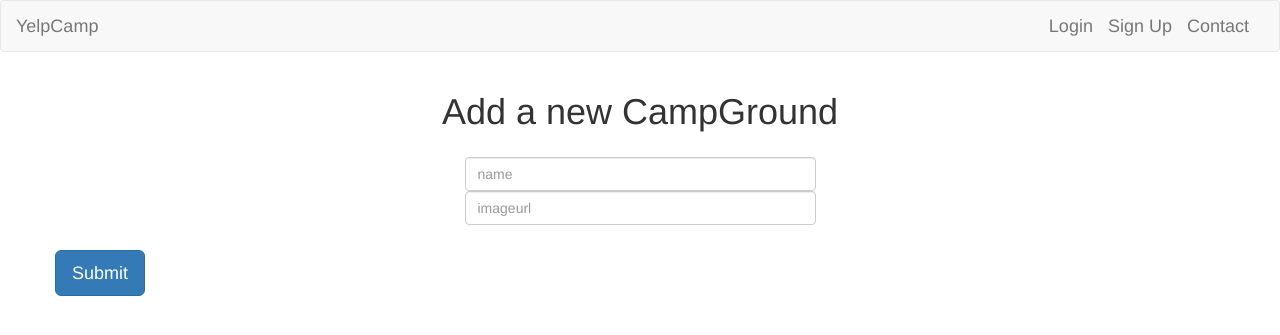
Repository: nittoorp/Web-Developement
Page: http://localhost/campground/new
The author's editor kept a record of every edit. The page is drawn from the files as they stood at one moment, then again after the next edit.
The browser window is 1280 px wide. The pictures show the whole page.
The page is served by the project's Node server (YelpCamp/v1/app.js).

Above is the page before.

### YelpCamp/v1/views/new.ejs
<%- include("partials/header") %>
<div class="container">
    <div class="row">
        <h1 style="text-align:center;"> Add a new CampGround</h1>
        <form action="/campground" method="post">
           <div style="width:30%; margin: 25px auto;">
                 <input class="form-control" type="text" name="name" placeholder="name"/>
                 <input class="form-control" type="text" name="url" placeholder="imageurl"/>
           </div>
                 <input class="btn btn-primary btn-lg" type="submit" value="Submit"/>
        </form>
    </div>
 </div>
 <%- include("partials/footer") %>

### YelpCamp/v1/views/partials/header.ejs
<!DOCTYPE html>
<html>
    <head>

    </head>
   <link rel="stylesheet" href="https://maxcdn.bootstrapcdn.com/bootstrap/3.3.7/css/bootstrap.min.css" integrity="sha384-BVYiiSIFeK1dGmJRAkycuHAHRg32OmUcww7on3RYdg4Va+PmSTsz/K68vbdEjh4u" crossorigin="anonymous">
    <body>
        <nav class="navbar navbar-default">
            <div class="container-fluid">
                <div class="navbar-header">
                    <a class="navbar-brand" href="/">YelpCamp</a>
                </div>
                <div class="collapse navbar-collapse">
                    <ul class="nav navbar-nav navbar-right">
                        <li><a class="navbar-brand" href="/">Login</a></li>
                        <li><a class="navbar-brand" href="/">Sign Up</a></li>
                        <li><a class="navbar-brand" href="/">Contact</a></li>
                   </ul>
                </div>
            </div>
        </nav>

### YelpCamp/v1/views/partials/footer.ejs


  </body>
</html>

### YelpCamp/v1/app.js
var express = require("express");
var app = express();
var bodyParser = require('body-parser');
app.use(bodyParser.urlencoded({extended:true}));


var campgrounds =[
                        {
                            'name' : 'Tosh Valley 1',
                            'image':'https://www.photosforclass.com/download/pixabay-4756774?webUrl=https%3A%2F%2Fpixabay.com%2Fget%2F52e7d0454d55a814f6da8c7dda793f7f1636dfe2564c704c7d2f78d3974bc35a_960.jpg&user=worldvashemudomu'

                        },
                        {
                            'name' : 'Tosh Valley 2',
                            'image':'https://www.photosforclass.com/download/pixabay-1851092?webUrl=https%3A%2F%2Fpixabay.com%2Fget%2F57e8d0424a5bae14f6da8c7dda793f7f1636dfe2564c704c7d2f78d3974bc35a_960.jpg&user=Pexels'
                        },
                        {
                            'name' : 'Tosh Valley 3',
                            'image':'https://www.photosforclass.com/download/pixabay-4522970?webUrl=https%3A%2F%2Fpixabay.com%2Fget%2F52e5d7414355ac14f6da8c7dda793f7f1636dfe2564c704c7d2f78d3974bc35a_960.jpg&user=Ben_Frieden'
                        },
                        {
                            'name' : 'Tosh Valley 1',
                            'image':'https://www.photosforclass.com/download/pixabay-4756774?webUrl=https%3A%2F%2Fpixabay.com%2Fget%2F52e7d0454d55a814f6da8c7dda793f7f1636dfe2564c704c7d2f78d3974bc35a_960.jpg&user=worldvashemudomu'

                        },
                        {
                            'name' : 'Tosh Valley 2',
                            'image':'https://www.photosforclass.com/download/pixabay-1851092?webUrl=https%3A%2F%2Fpixabay.com%2Fget%2F57e8d0424a5bae14f6da8c7dda793f7f1636dfe2564c704c7d2f78d3974bc35a_960.jpg&user=Pexels'
                        },
                        {
                            'name' : 'Tosh Valley 3',
                            'image':'https://www.photosforclass.com/download/pixabay-4522970?webUrl=https%3A%2F%2Fpixabay.com%2Fget%2F52e5d7414355ac14f6da8c7dda793f7f1636dfe2564c704c7d2f78d3974bc35a_960.jpg&user=Ben_Frieden'
                        },
                        {
                            'name' : 'Tosh Valley 1',
                            'image':'https://www.photosforclass.com/download/pixabay-4756774?webUrl=https%3A%2F%2Fpixabay.com%2Fget%2F52e7d0454d55a814f6da8c7dda793f7f1636dfe2564c704c7d2f78d3974bc35a_960.jpg&user=worldvashemudomu'

                        },
                        {
                            'name' : 'Tosh Valley 2',
                            'image':'https://www.photosforclass.com/download/pixabay-1851092?webUrl=https%3A%2F%2Fpixabay.com%2Fget%2F57e8d0424a5bae14f6da8c7dda793f7f1636dfe2564c704c7d2f78d3974bc35a_960.jpg&user=Pexels'
                        },
                        {
                            'name' : 'Tosh Valley 3',
                            'image':'https://www.photosforclass.com/download/pixabay-4522970?webUrl=https%3A%2F%2Fpixabay.com%2Fget%2F52e5d7414355ac14f6da8c7dda793f7f1636dfe2564c704c7d2f78d3974bc35a_960.jpg&user=Ben_Frieden'
                        }


        ]

app.get("/",function(req,res){

    res.render('startPage.ejs');

})

app.get("/campground",function(req,res){


    res.render('campground.ejs', {campgrounds:campgrounds});

})

app.post("/campground",function(req,res){
    var newCamp ={
        'name':req.body.name,
        'image':req.body.url
    }
    campgrounds.push(newCamp);
    console.log("In the post methods");
    res.redirect("/campground");
})

app.get("/campground/new",function(req,res){


    res.render("new.ejs");

})

app.listen(process.env.PORT,process.env.IP,function(){

    console.log("The Yelp camp server has started!!");

})

After the next edit:
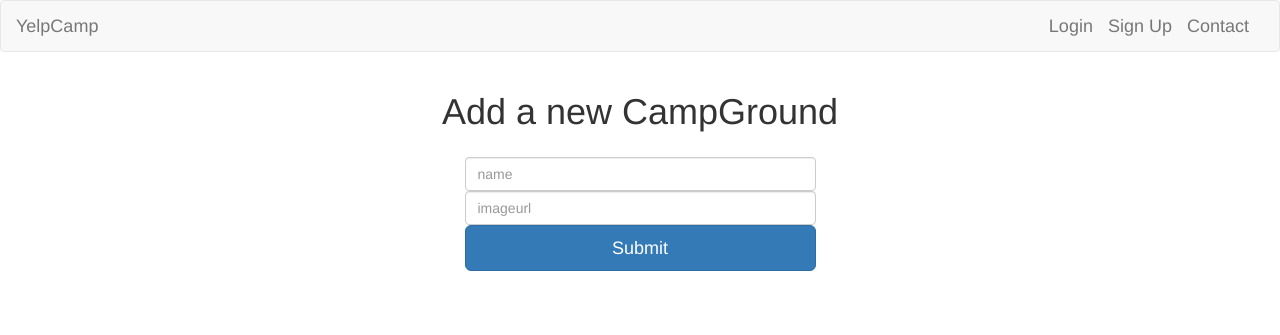
The edit:
--- a/YelpCamp/v1/views/new.ejs
+++ b/YelpCamp/v1/views/new.ejs
@@ -6,8 +6,8 @@
            <div style="width:30%; margin: 25px auto;">
                  <input class="form-control" type="text" name="name" placeholder="name"/>
                  <input class="form-control" type="text" name="url" placeholder="imageurl"/>
+                 <input class="btn btn-primary btn-lg btn-block" type="submit" value="Submit"/>
            </div>
-                 <input class="btn btn-primary btn-lg" type="submit" value="Submit"/>
         </form>
     </div>
  </div>
